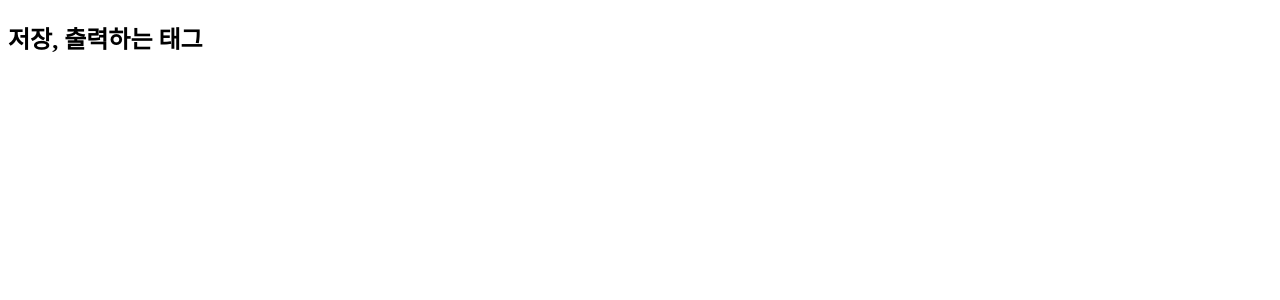
Repository: simjiho/week
Page: http://localhost/el_jstl/views/jstl/02_controltag.jsp
The author's editor kept a copy of each file at every save. The page is drawn from the files as they stood at one save, then again after a run of saves.
The browser window is 1280 px wide. The pictures show the whole page.
The page is served by Tomcat 9.

Above is the page before, as saved 2024-04-20 05:42:58.

After the next 2 saves:
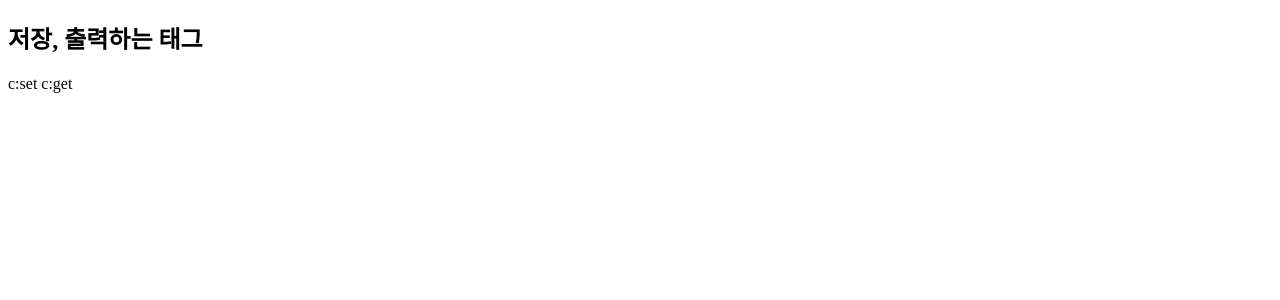
The 2 saves are shown as one change because they came seconds apart.
The last was saved 17 s later.
--- a/workspace/el_jstl/src/main/webapp/views/jstl/02_controltag.jsp
+++ b/workspace/el_jstl/src/main/webapp/views/jstl/02_controltag.jsp
@@ -9,5 +9,9 @@
 </head>
 <body>
 	<h2>저장, 출력하는 태그</h2>
+	<p>
+	c:set
+	c:get
+	</p>
 </body>
 </html>
